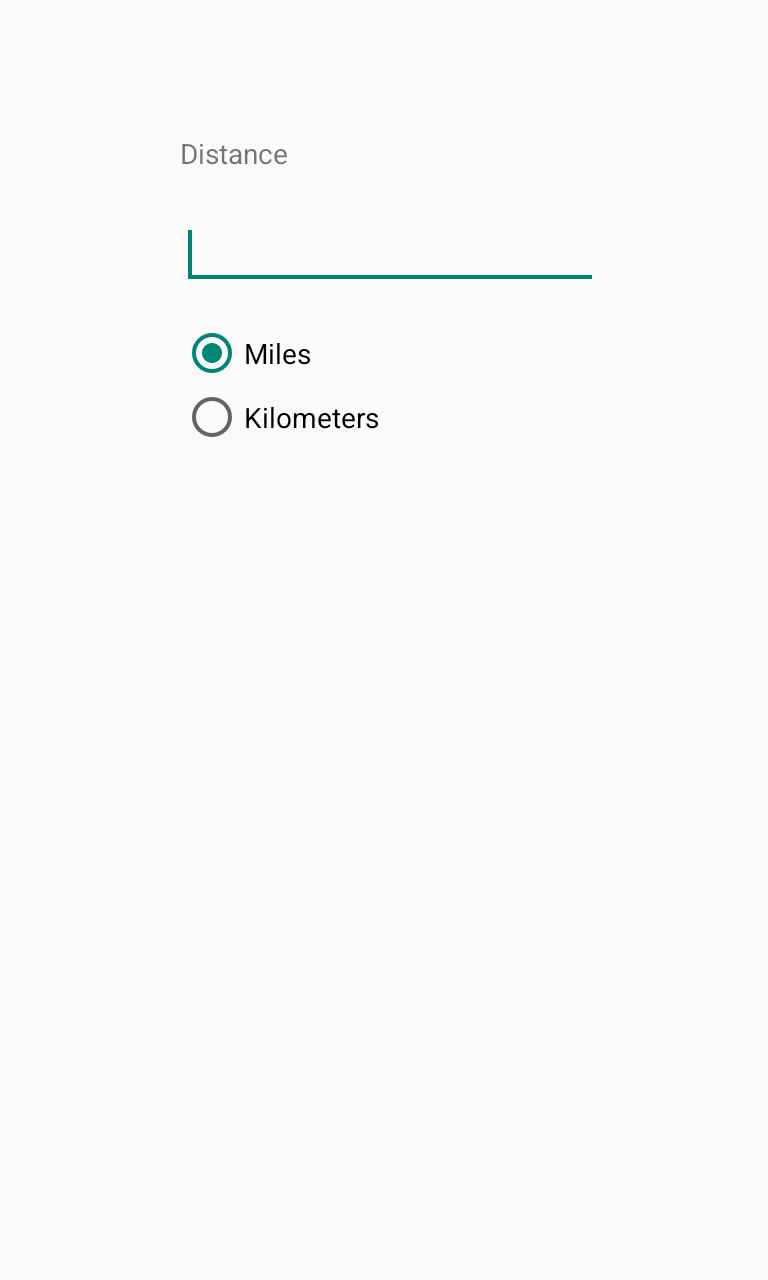
Repository: awayzo/6300Fall14Assignment4
Layout: UnitConvertor/res/layout/activity_main.xml
These files come from the project's save history. The layout is drawn as it stood at one moment and after the next save; the edit follows.
It is drawn on a 768 x 1280 px phone screen (xhdpi) without system bars, with theme AppTheme; the app's code is not run.

Above is the layout before, as saved 2014-09-25 17:21:22.

After the next save:
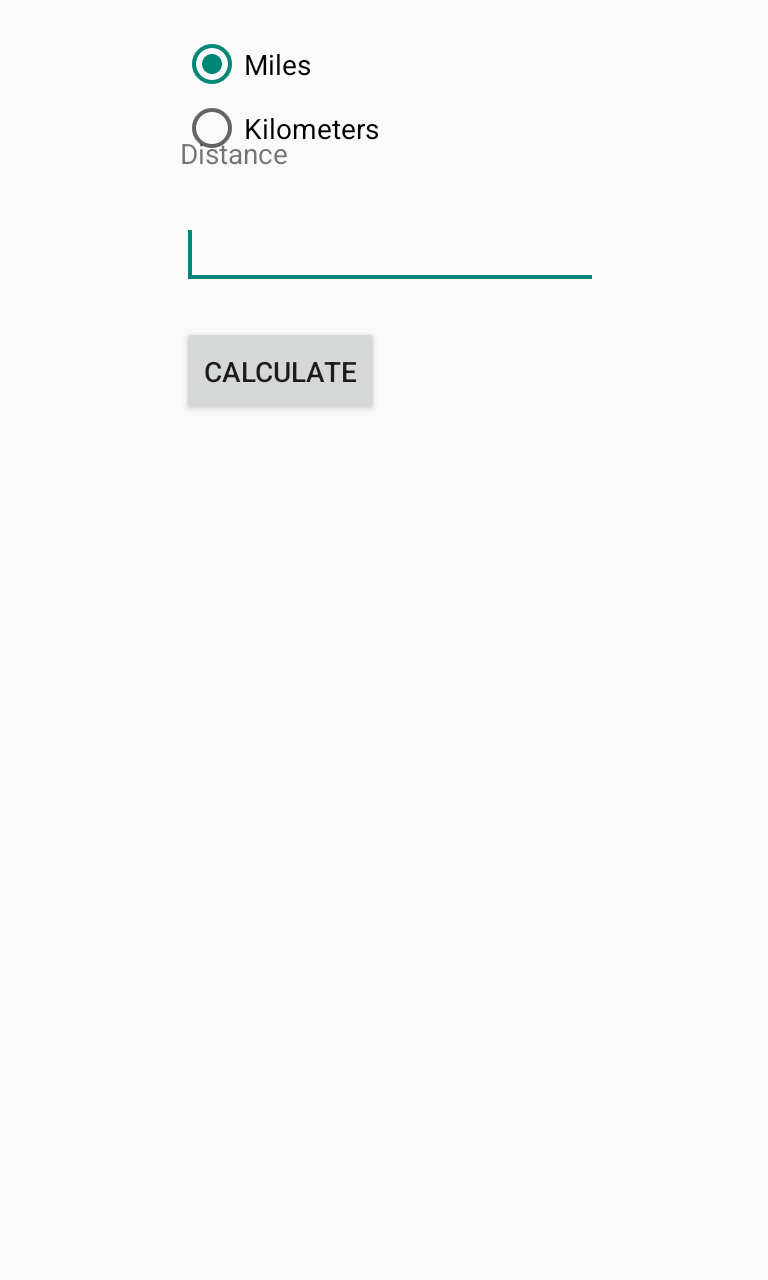
Saved 5 min 22 s later.
--- a/UnitConvertor/res/layout/activity_main.xml
+++ b/UnitConvertor/res/layout/activity_main.xml
@@ -16,19 +16,27 @@
         android:layout_below="@+id/lblDistance"
         android:layout_marginTop="19dp"
         android:ems="10"
-        android:inputType="numberDecimal"
-       >
+        android:inputType="numberDecimal" >
 
         <requestFocus />
     </EditText>
+
+    <TextView
+        android:id="@+id/lblDistance"
+        android:layout_width="wrap_content"
+        android:layout_height="wrap_content"
+        android:layout_alignParentLeft="true"
+        android:layout_alignParentTop="true"
+        android:layout_marginLeft="74dp"
+        android:layout_marginTop="51dp"
+        android:text="@string/lblDistance" />
 
     <RadioGroup
         android:id="@+id/radioGroup1"
         android:layout_width="wrap_content"
         android:layout_height="wrap_content"
         android:layout_alignLeft="@+id/txt1"
-        android:layout_below="@+id/txt1"
-        android:layout_marginTop="14dp" >
+        android:layout_below="@+id/radio0" >
 
         <RadioButton
             android:id="@+id/radio0"
@@ -44,17 +52,16 @@
             android:layout_height="wrap_content"
             android:onClick="handleClick"
             android:text="@string/km" />
-
     </RadioGroup>
 
-    <TextView
-        android:id="@+id/lblDistance"
+    <Button
+        android:id="@+id/btnCalc"
         android:layout_width="wrap_content"
         android:layout_height="wrap_content"
-        android:layout_alignParentLeft="true"
-        android:layout_alignParentTop="true"
-        android:layout_marginLeft="74dp"
-        android:layout_marginTop="51dp"
-        android:text="@string/lblDistance" />
+        android:layout_alignLeft="@+id/txt1"
+        android:layout_below="@+id/txt1"
+        android:layout_marginTop="15dp"
+        android:text="Calculate" />
+
 
 </RelativeLayout>
